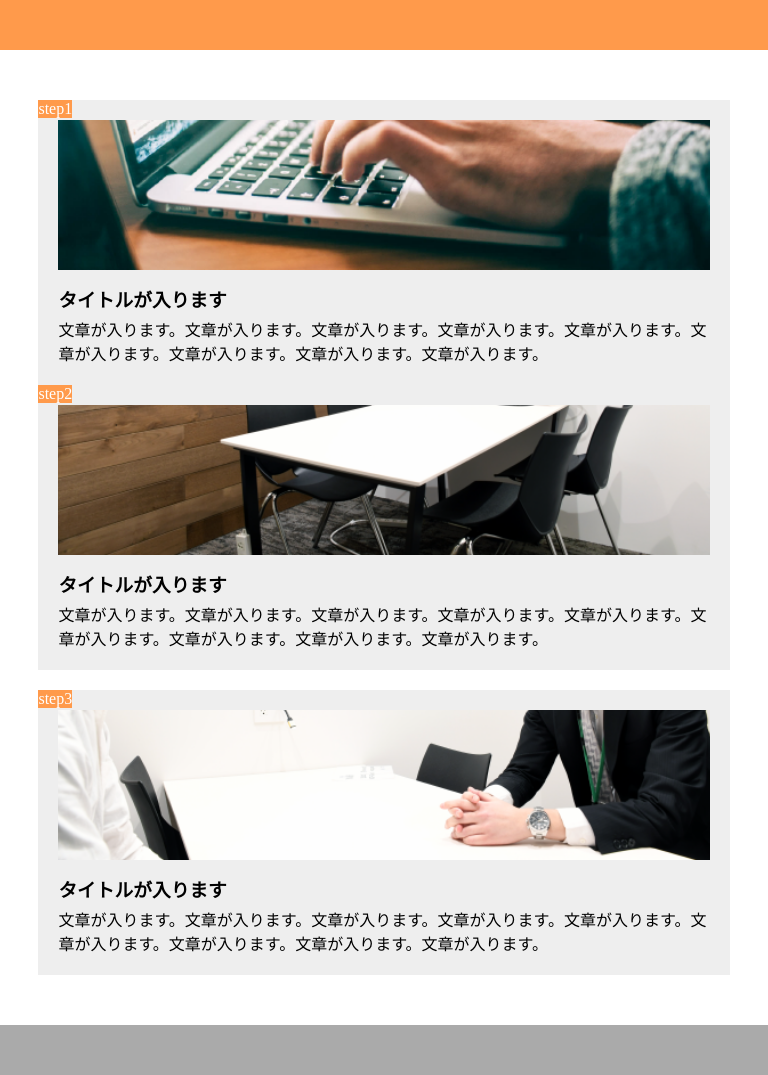
Repository: miho-baba/chapter10.1
Page: chapter9/chapter9.html
The author's editor kept a record of every edit. The page is drawn from the files as they stood at one moment, then again after the next edit.
The browser window is 768 px wide. The pictures show the whole page.

Above is the page before.

### chapter9/chapter9.html

<!DOCTYPE html>
<html lang="ja">
  <head>
    <meta charset="UTF-8" />
    <meta name="viewport" content="width=device-width,initial-scale=1.0">
  <title>9章演習</title>
    <link rel="stylesheet" href="chapter9.css" />
  </head>
  <body>
    <header></header>
    <main>
      <div class="step-box">
        <div class="step-img1"></div>
        <span class="step-num">step1</span>
        <h3 class="title">タイトルが入ります</h3>
        <p class="text">
          文章が入ります。文章が入ります。文章が入ります。文章が入ります。文章が入ります。文章が入ります。文章が入ります。文章が入ります。文章が入ります。
        </p>
      </div>

      <div class="step-box">
        <div class="step-img2"></div>
        <span class="step-num">step2</span>
        <h3 class="title">タイトルが入ります</h3>
        <p class="text">
          文章が入ります。文章が入ります。文章が入ります。文章が入ります。文章が入ります。文章が入ります。文章が入ります。文章が入ります。文章が入ります。
        </p>
      </div>

      <div class="step-box">
        <div class="step-img3"></div>
        <span class="step-num">step3</span>
        <h3 class="title">タイトルが入ります</h3>
        <p class="text">
          文章が入ります。文章が入ります。文章が入ります。文章が入ります。文章が入ります。文章が入ります。文章が入ります。文章が入ります。文章が入ります。
        </p>
      </div>
    </main>
    <footer></footer>
  </body>
</html>

### chapter9/chapter9.css
* {
  box-sizing: border-box;
  margin: 0;
  padding: 0;
}

header {
  height: 50px;
  background-color: #ff9a4b;
}

main {
  width: 960px;
  margin: 50px auto;
  display: flex;
}

.step-box {
  width: 300px;
  margin-right: 30px;
  padding: 10px;
  position: relative;
  background-color: #eee;
}

.step-box:last-child {
  margin-right: 0;
}

.step-img1 {
  height: 150px;
  background-image: url(img/flow01.png);
  background-position: bottom;
  background-size: cover;
}

.step-img2 {
  height: 150px;
  background-image: url(img/flow02.png);
  background-position: bottom;
  background-size: cover;
}

.step-img3 {
  height: 150px;
  background-image: url(img/flow03.png);
  background-position: bottom;
  background-size: cover;
}

.step-num {
  position: absolute;
  top: 0;
  left: 0;
  background-color: #ff9a4b;
  color: #fff;
}

.title {
  margin: 15px 0 5px;
}

footer {
  height: 50px;
  background-color: #aaa;
}

@media screen and (max-width:768px) {
  header {
    height: 50px;
    width: 100%;
}

main {
  width: 100%;
  margin: 50px auto;
  display: block;
}

.step-box {
  width: 90%;
  margin-right: 50px;
  padding: 20px;
  position: relative;
  background-color: #eee;
  margin: auto;
}

.step-box:last-child {
  margin: auto;
  margin-top: 20px;
}

.step-img1 {
  height: 150px;
  background-image: url(img/flow01.png);
  background-position: bottom;
  background-size: cover;
}

.step-img2 {
  height: 150px;
  background-image: url(img/flow02.png);
  background-position: bottom;
  background-size: cover;
}

.step-img3 {
  height: 150px;
  background-image: url(img/flow03.png);
  background-position: bottom;
  background-size: cover;
}

.step-num {
  position: absolute;
  top: 0;
  left: 0;
  background-color: #ff9a4b;
  color: #fff;
}

.title {
  margin: 15px 0 5px;
}

footer {
  height: 50px;
  background-color: #aaa;
}
}

After the next edit:
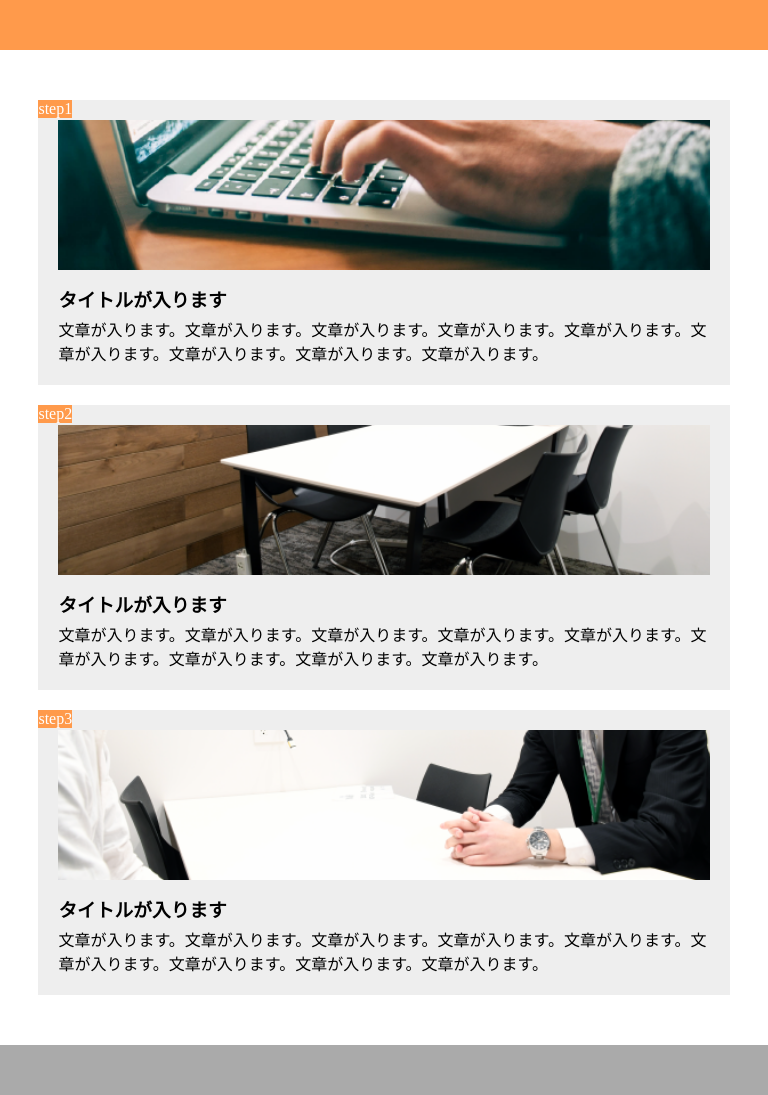
The edit:
--- a/chapter9/chapter9.css
+++ b/chapter9/chapter9.css
@@ -84,6 +84,7 @@
   position: relative;
   background-color: #eee;
   margin: auto;
+  margin-top: 20px
 }
 
 .step-box:last-child {
